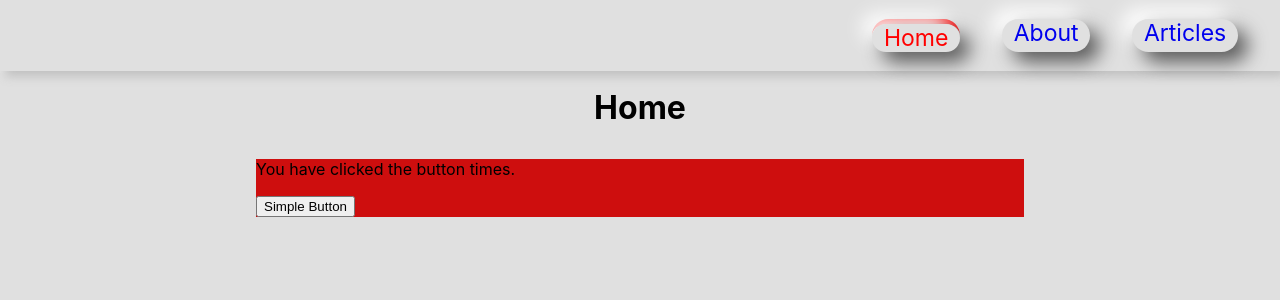
Repository: ShindanoSingi/react-software-architecture-course
Page: /
The author's editor kept a copy of each file at every save. The page is drawn from the files as they stood at one save, then again after the next save.
The browser window is 1280 px wide. The pictures show the whole page.
The project was rebuilt for these pictures with package versions that can differ from the ones it lists, and the page was loaded fresh each time. Also part of the build but not shown: src/App.css, src/pages/About.js, src/pages/Articles.js.

Above is the page before, as saved 2022-12-26 13:49:47.

### public/index.html
<!DOCTYPE html>
<html lang="en">
  <head>
    <meta charset="utf-8" />
    <link rel="icon" href="%PUBLIC_URL%/favicon.ico" />
    <meta name="viewport" content="width=device-width, initial-scale=1" />
    <meta name="theme-color" content="#000000" />
    <meta
      name="description"
      content="Web site created using create-react-app"
    />
    <link rel="apple-touch-icon" href="%PUBLIC_URL%/logo192.png" />
    <!--
      manifest.json provides metadata used when your web app is installed on a
      user's mobile device or desktop. See https://developers.google.com/web/fundamentals/web-app-manifest/
    -->
    <link rel="manifest" href="%PUBLIC_URL%/manifest.json" />
    <!--
      Notice the use of %PUBLIC_URL% in the tags above.
      It will be replaced with the URL of the `public` folder during the build.
      Only files inside the `public` folder can be referenced from the HTML.

      Unlike "/favicon.ico" or "favicon.ico", "%PUBLIC_URL%/favicon.ico" will
      work correctly both with client-side routing and a non-root public URL.
      Learn how to configure a non-root public URL by running `npm run build`.
    -->
    <!-- {{ styles }} -->
    <title>React App</title>
  </head>
  <body>
    <noscript>You need to enable JavaScript to run this app.</noscript>
    <div id="root"></div>
    <!--
      This HTML file is a template.
      If you open it directly in the browser, you will see an empty page.

      You can add webfonts, meta tags, or analytics to this file.
      The build step will place the bundled scripts into the <body> tag.

      To begin the development, run `npm start` or `yarn start`.
      To create a production bundle, use `npm run build` or `yarn build`.
    -->
  </body>
</html>

### src/index.js
import React from 'react';
import ReactDOM from 'react-dom/client';
import './index.css';
import App from './App';
import reportWebVitals from './reportWebVitals';
import { BrowserRouter } from 'react-router-dom';
import { hydrate } from 'react-dom';

// const root = ReactDOM.createRoot(document.getElementById('root'));
hydrate(
  <BrowserRouter>
    <App />
  </BrowserRouter>,
  document.getElementById("root")
);

// If you want to start measuring performance in your app, pass a function
// to log results (for example: reportWebVitals(console.log))
// or send to an analytics endpoint. Learn more: https://bit.ly/CRA-vitals
reportWebVitals();

### src/index.css
body {
  margin: 0;
  font-family: -apple-system, BlinkMacSystemFont, 'Segoe UI', 'Roboto', 'Oxygen',
    'Ubuntu', 'Cantarell', 'Fira Sans', 'Droid Sans', 'Helvetica Neue',
    sans-serif;
  -webkit-font-smoothing: antialiased;
  -moz-osx-font-smoothing: grayscale;

  background: #e0e0e0;
  box-shadow: 5px 5px 10px #bebebe,
      -5px -5px 10px #ffffff;
}

.container::-webkit-scrollbar {
  display: none;
}

.p{
  font-size: 1.2em;
}

.container {
  -ms-overflow-style: none;
  scrollbar-width: none;
}

code {
  font-family: source-code-pro, Menlo, Monaco, Consolas, 'Courier New',
    monospace;
}

h1 {
  text-align: center;
  margin: 0rem;
  padding: 0.5em;
}

.is-active {
  color: red;
  border-top: 5px solid red;
  border-radius: 205px;
}

.home,
.about,
.articles {
  border-radius: 205px;
  background: #e0e0e0;
  box-shadow: 10px 10px 19px #5a5a5a,
      -10px -10px 19px #ffffff;
  padding: 0 0.5em;
}

.list-container,
a {
  font-size: 1.2em;
  list-style: none;
  text-decoration: none;
  display: flex;
  justify-content: flex-end;
  gap: 1em;
  margin-right: 1em;
}

.nav-bar {
  position: fixed;
  width: 100%;
  top: 0;
  background: #e0e0e0;
  box-shadow: 5px 5px 10px #bebebe,
      -5px -5px 10px #ffffff;
}

.div-container {
  color: black;
}

.counter-button-contianer{
  margin: 0 auto;
  background: #ce0e0e;
}

.container {
  position: fixed;
  top: 4.5em;
  width: 60%;
  margin: 0 20%;
  max-height: 90%;
  overflow-y: scroll;

}

### src/App.js
import React from 'react';
import './App.css';
import { Routes, Route, NavLink } from 'react-router-dom';
import Home from './pages/Home';
import About from './pages/About';
import Articles from './pages/Articles';


function App() {

   return (
   <>
      <nav className='nav-bar'>
      <ul className='list-container'>
        <NavLink to='/' className={({isActive}) => isActive ? "is-active" : null}>
          <li className='home'>Home</li>
        </NavLink>

        <NavLink to='/about' className={({isActive}) => isActive ? "is-active" : null}>
          <li className='about'>About</li>
        </NavLink>

        <NavLink to='/articles' className={({isActive}) => isActive ? "is-active" : null}>
          <li className='articles'>Articles</li>
        </NavLink>
      </ul>

    </nav>
      <Routes>
        <Route path='/' element={<Home />}/>
        <Route path='about' element={<About />}/>
        <Route path='articles' element={<Articles />}/>
      </Routes>
    </>
   )
   ;
}

 export default App;

### src/pages/Home.js
import React from 'react'
import CounterButton from './CounterButton'

function Home() {
  return (
    <div className='container'>
      <h1>Home</h1>
	<CounterButton />
    </div>
  )
}

export default Home

### src/pages/CounterButton.js
import { React, useState } from 'react'

const CounterButton = () => {
  return (
    <div className='counter-button-contianer'>
      <p>You have clicked the button {} times.</p>
      <button>Simple Button</button>
    </div>
  )
}

export default CounterButton

Loaded but not shown: src/reportWebVitals.js (common file)

After the next save:
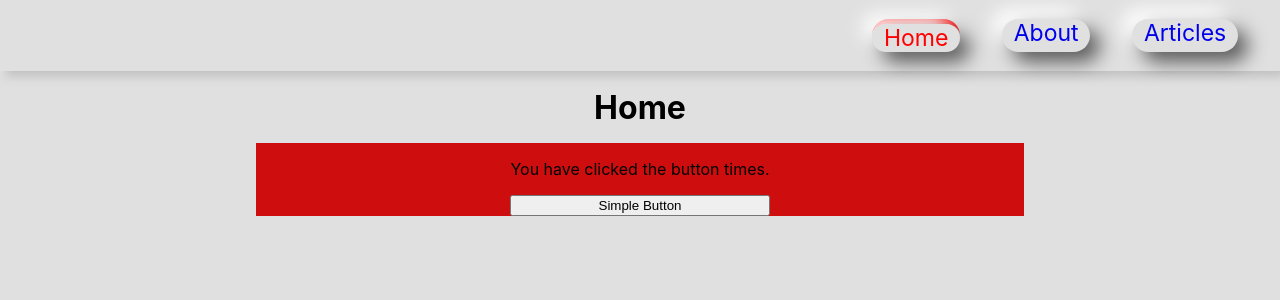
Saved 31 s later.
--- a/src/index.css
+++ b/src/index.css
@@ -76,6 +76,8 @@ a {
 }
 
 .counter-button-contianer{
+  display: grid;
+  justify-content: center;
   margin: 0 auto;
   background: #ce0e0e;
 }
